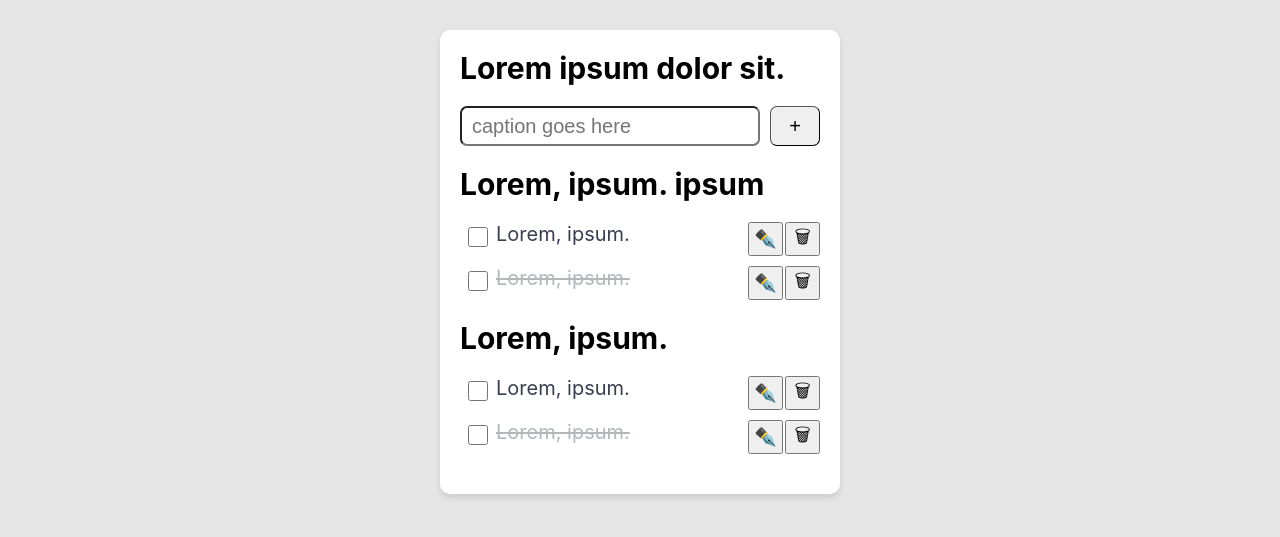
Repository: hungdomanh95/focus
Page: /
These files come from the project's save history. The page is drawn as it stood at one moment and after the next save; the edit follows.
The browser window is 1280 px wide. The pictures show the whole page.
The project was rebuilt for these pictures with package versions that can differ from the ones it lists, and the page was loaded fresh each time.

Above is the page before, as saved 2023-04-09 01:43:53.

After the next save:
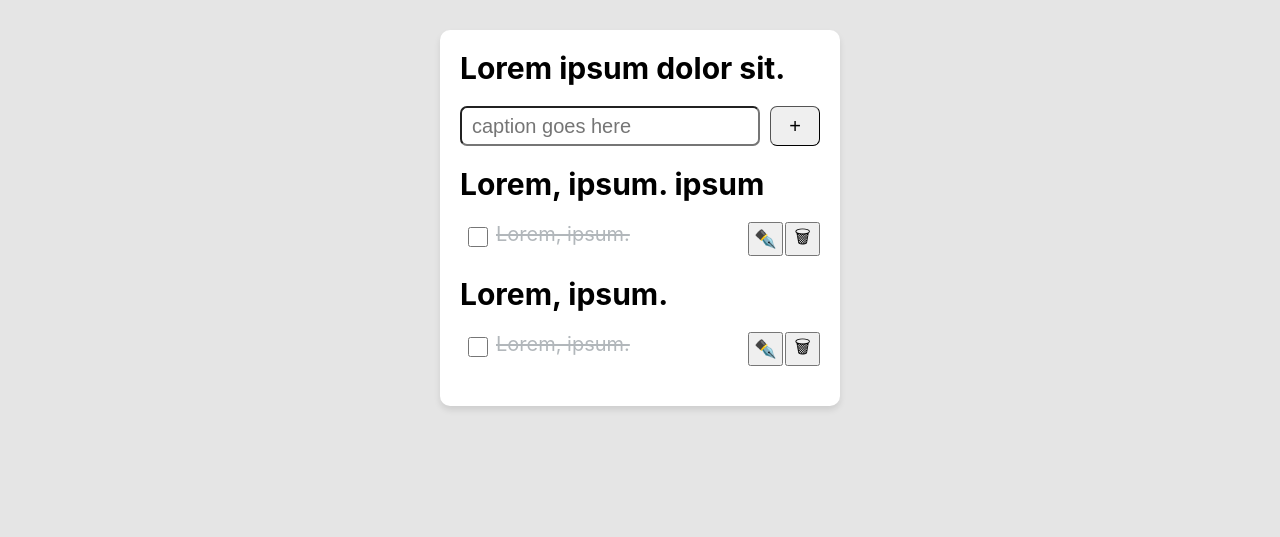
Saved 3 min 45 s later.
--- a/src/components/TaskList/TaskList.tsx
+++ b/src/components/TaskList/TaskList.tsx
@@ -1,25 +1,27 @@
 import React from 'react'
 import { Todo } from '../../@types/todo.type'
 import styles from './taskList.module.scss'
-interface TaskListProps{
-  doneTaskList?:boolean,
-  todos:Todo[]
+interface TaskListProps {
+  doneTaskList?: boolean
+  todos: Todo[]
 }
-function TaskList(props:TaskListProps) {
-  const {doneTaskList, todos} = props
+function TaskList(props: TaskListProps) {
+  const { doneTaskList, todos } = props
 
   return (
     <div className='mb-2'>
-      <h2 className={styles.title}>{ doneTaskList ? "Lorem, ipsum." :  "Lorem, ipsum. ipsum"}</h2>
+      <h2 className={styles.title}>{doneTaskList ? 'Lorem, ipsum.' : 'Lorem, ipsum. ipsum'}</h2>
       <div className={styles.tasks}>
-        <div className={styles.task}>
-          <input type='checkbox' className={styles.taskCheckbox} />
-          <span className={styles.taskName}>Lorem, ipsum.</span>
-          <div className={styles.taskAction}>
-            <button className={styles.taskBtn}>✒️</button>
-            <button className={styles.taskBtn}>🗑</button>
+        {todos.map((item) => (
+          <div className={styles.task} key={item.id}>
+            <input type='checkbox' className={styles.taskCheckbox} checked={item.done} />
+            <span className={`${styles.taskName} ${item.done ?  styles.taskNameDone : ''}`}>{item.name}</span>
+            <div className={styles.taskAction}>
+              <button className={styles.taskBtn}>✒️</button>
+              <button className={styles.taskBtn}>🗑</button>
+            </div>
           </div>
-        </div>
+        ))}
         <div className={styles.task}>
           <input type='checkbox' className={styles.taskCheckbox} />
           <span className={`${styles.taskName} ${styles.taskNameDone}`}>Lorem, ipsum.</span>
